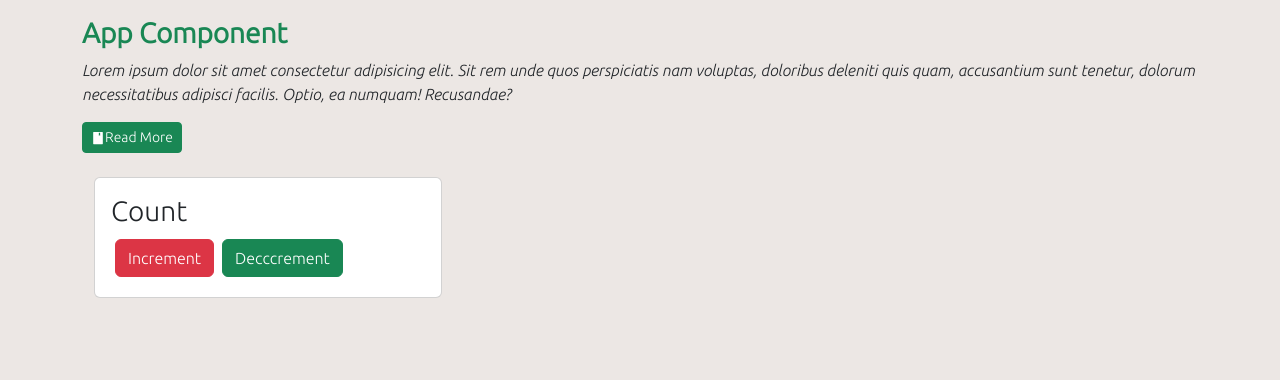
Repository: OmniaRafat232111121/employee_List
Page: /
These files come from the project's save history. The page is drawn as it stood at one moment and after a run of saves; the edit follows.
The browser window is 1280 px wide. The pictures show the whole page.
The project was rebuilt for these pictures with package versions that can differ from the ones it lists, and the page was loaded fresh each time.

Above is the page before, as saved 2022-09-09 12:41:46.

### public/index.html
<!DOCTYPE html>
<html lang="en">
  <head>
    <meta charset="utf-8" />
    <link rel="icon" href="%PUBLIC_URL%/favicon.ico" />
    <meta name="viewport" content="width=device-width, initial-scale=1" />
    <meta name="theme-color" content="#000000" />
    <meta
      name="description"
      content="Web site created using create-react-app"
    />
    <link rel="stylesheet" href="https://cdnjs.cloudflare.com/ajax/libs/font-awesome/4.7.0/css/font-awesome.css" integrity="sha512-5A8nwdMOWrSz20fDsjczgUidUBR8liPYU+WymTZP1lmY9G6Oc7HlZv156XqnsgNUzTyMefFTcsFH/tnJE/+xBg==" crossorigin="anonymous" referrerpolicy="no-referrer" />
    <link rel="manifest" href="%PUBLIC_URL%/manifest.json" />
    <title>React App</title>
  </head>
  <body>
    <noscript>You need to enable JavaScript to run this app.</noscript>
    <div id="root"></div>

  </body>
</html>

    <link rel="apple-touch-icon" href="%PUBLIC_URL%/logo192.png" />

    <link rel="manifest" href="%PUBLIC_URL%/manifest.json" />

    <title>React App</title>
  </head>
  <body>
    <noscript>You need to enable JavaScript to run this app.</noscript>
    <div id="root"></div>
  </body>
</html>

### src/index.tsx
import React from 'react';
import ReactDOM from 'react-dom/client';
import './index.css';
import App from './App';
import reportWebVitals from './reportWebVitals';

/*Bootstrap*/
import "../node_modules/bootstrap/dist/css/bootstrap.css"
import "../node_modules/bootstrap/dist/js/bootstrap.bundle"
const root = ReactDOM.createRoot(
  document.getElementById('root') as HTMLElement
);
root.render(
  <React.StrictMode>
    <App />
  </React.StrictMode>
);

// If you want to start measuring performance in your app, pass a function
// to log results (for example: reportWebVitals(console.log))
// or send to an analytics endpoint. Learn more: https://bit.ly/CRA-vitals
reportWebVitals();

### src/index.css
@import url('https://fonts.googleapis.com/css2?family=Be+Vietnam+Pro:wght@100&family=Montserrat:wght@400;700&family=Ubuntu:ital,wght@0,300;1,300&display=swap');
body {
  margin: 0;
  font-family: 'Ubuntu', sans-serif !important;
  background-color: #ece7e4 !important;
}

### src/App.tsx
import React from 'react';
import {AiFillBook} from 'react-icons/ai'
import Counter from './components/Counter';
function App() {

  return (
    <div className="App">
     <React.Fragment>
      <div className="container mt-3">
        <div className="grid">
          <div className="row">
            <div className="col">
              <p className='h3 fw-bold text-success'>App Component</p>
              <p className="fst-italic">Lorem ipsum dolor sit amet consectetur adipisicing elit. Sit rem unde quos perspiciatis nam voluptas, doloribus deleniti quis quam, accusantium sunt tenetur, dolorum necessitatibus adipisci facilis. Optio, ea numquam! Recusandae?</p>
              <button className='btn btn-success btn-sm'>
             < AiFillBook className='' />Read More</button>
            </div>
          </div>
          <div className="row">
            <div className="col">
             <Counter/>

            </div>
          </div>



        </div>
      </div>

     </React.Fragment>
    </div>
  );
}

export default App;

### src/components/Counter.tsx
import * as React from 'react';

interface ICounterProps {

}
interface ICounterState {

}
const Counter: React.FC<ICounterProps> = (props) => {
  return (
   <React.Fragment>
     <div className="container">
        <div className="row">
            <div className="col-md-4">
                <div className="card mt-4">
                    <div className="card-body">
                        <p className="h3">Count</p>
                        <button className='btn btn-danger m-1'>Increment</button>
                        <button className='btn btn-success m-1'>Decccrement</button>
                      </div>
                </div>
            </div>
        </div>
     </div>
   </React.Fragment>
  );
};

export default Counter;

Loaded but not shown: src/reportWebVitals.ts (common file)

After the next 5 saves:
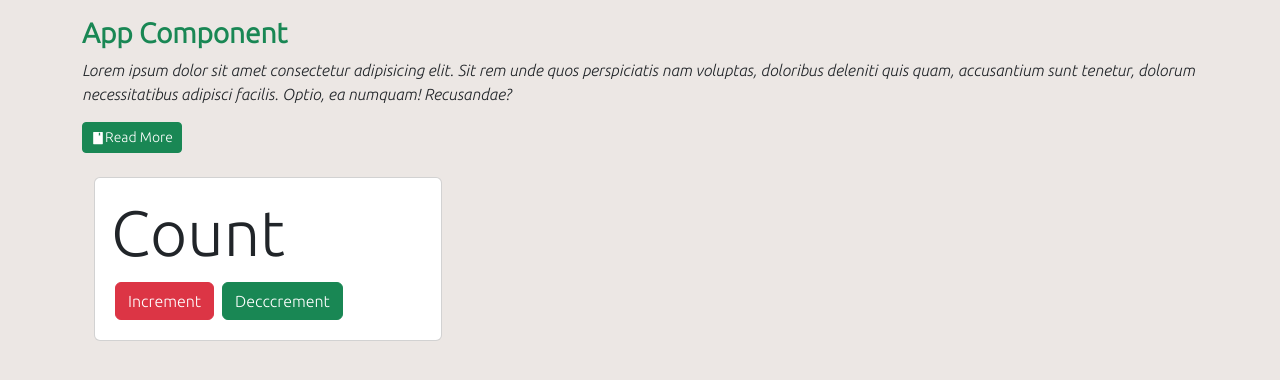
The 5 saves are shown as one change because they came seconds apart.
The last was saved 25 s later.
--- a/src/components/Counter.tsx
+++ b/src/components/Counter.tsx
@@ -14,7 +14,7 @@ const Counter: React.FC<ICounterProps> = (props) => {
             <div className="col-md-4">
                 <div className="card mt-4">
                     <div className="card-body">
-                        <p className="h3">Count</p>
+                        <p className="h3 display-3">Count</p>
                         <button className='btn btn-danger m-1'>Increment</button>
                         <button className='btn btn-success m-1'>Decccrement</button>
                       </div>
